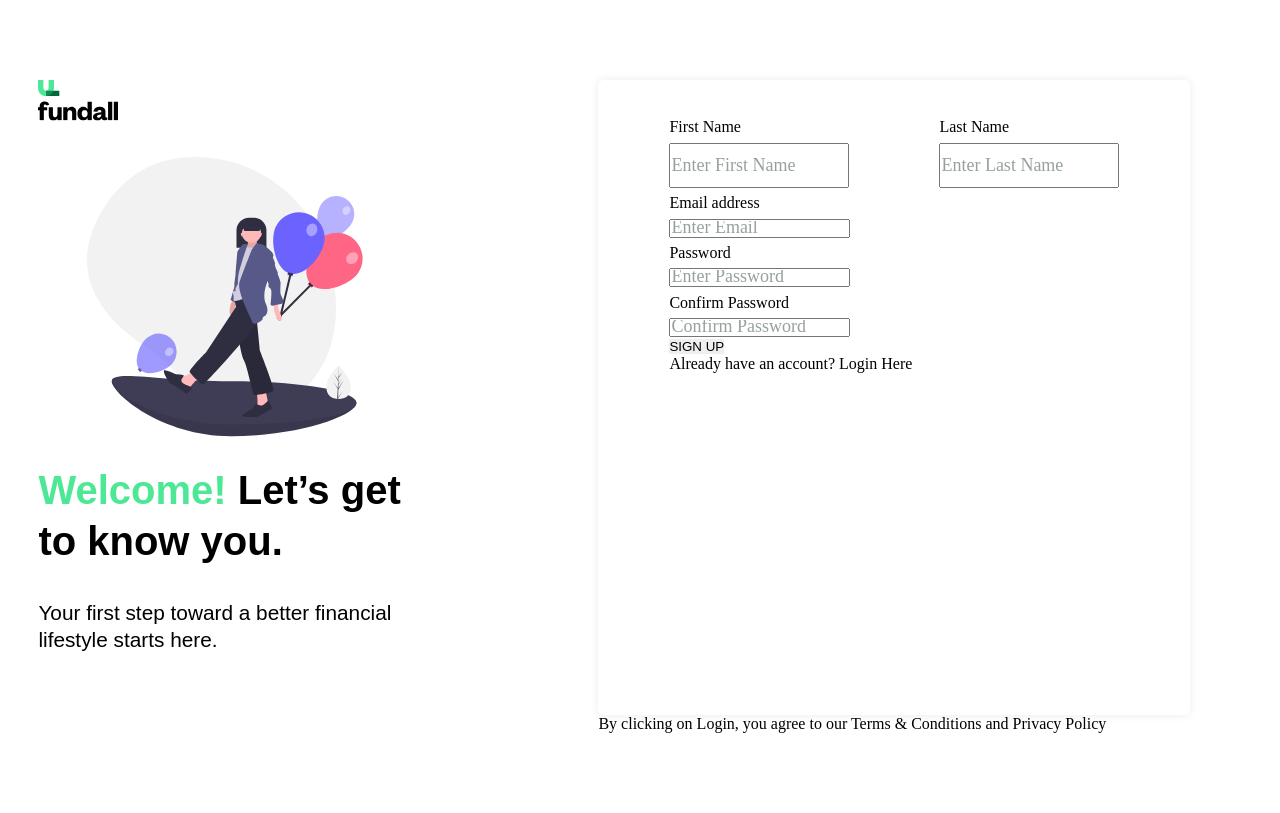
Repository: nilesjamex/niffty
Page: /signup
The author's editor kept a copy of each file at every save. The page is drawn from the files as they stood at one save, then again after the next save.
The browser window is 1280 px wide. The pictures show the whole page.
The project was rebuilt for these pictures with package versions that can differ from the ones it lists, and the page was loaded fresh each time. Also part of the build but not shown: src/components/Nav.vue, src/views/Home.vue.

Above is the page before, as saved 2022-04-16 18:58:59.

After the next save:
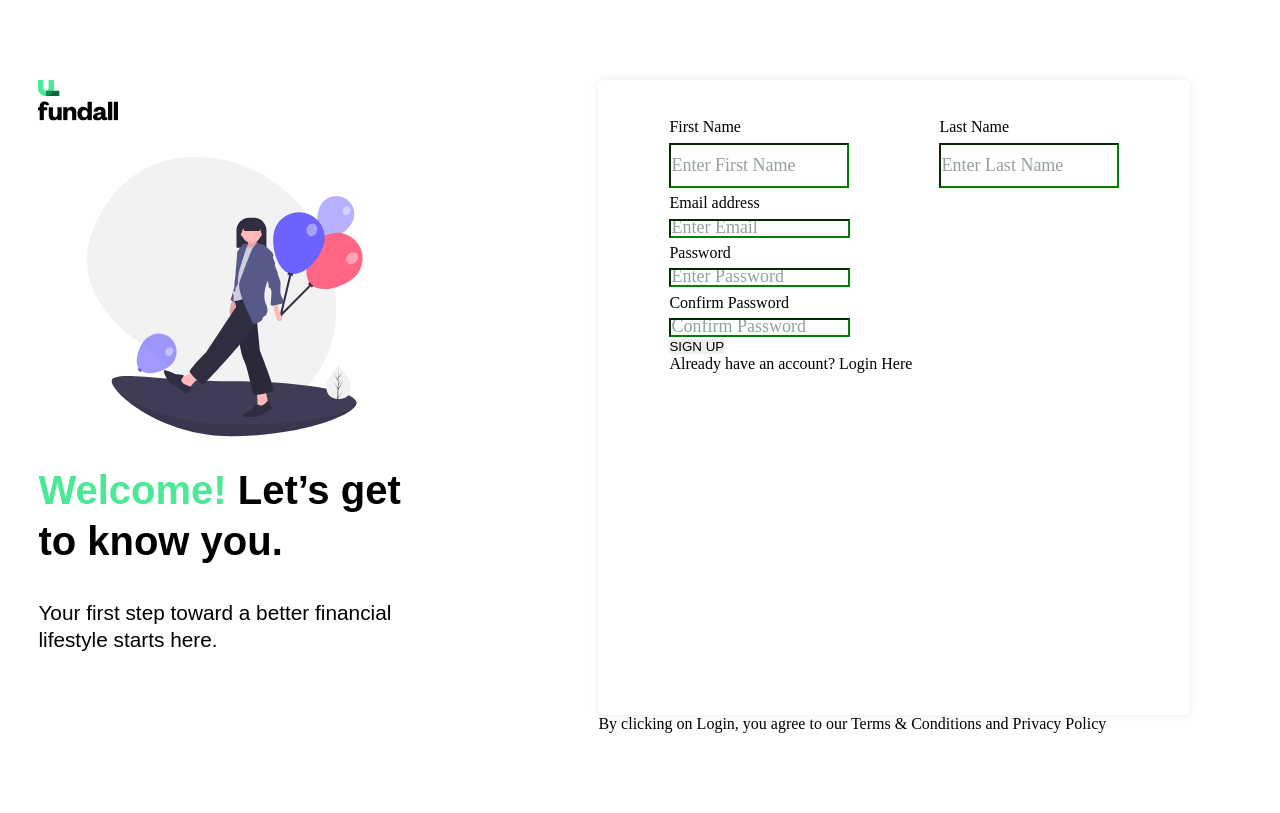
Saved 38 s later.
--- a/src/views/SignUp.vue
+++ b/src/views/SignUp.vue
@@ -135,6 +135,7 @@ label {
     @include placeholder;
 }
 :placeholder-shown {
+    border-color: green;
     label {
         color: green;
     }
